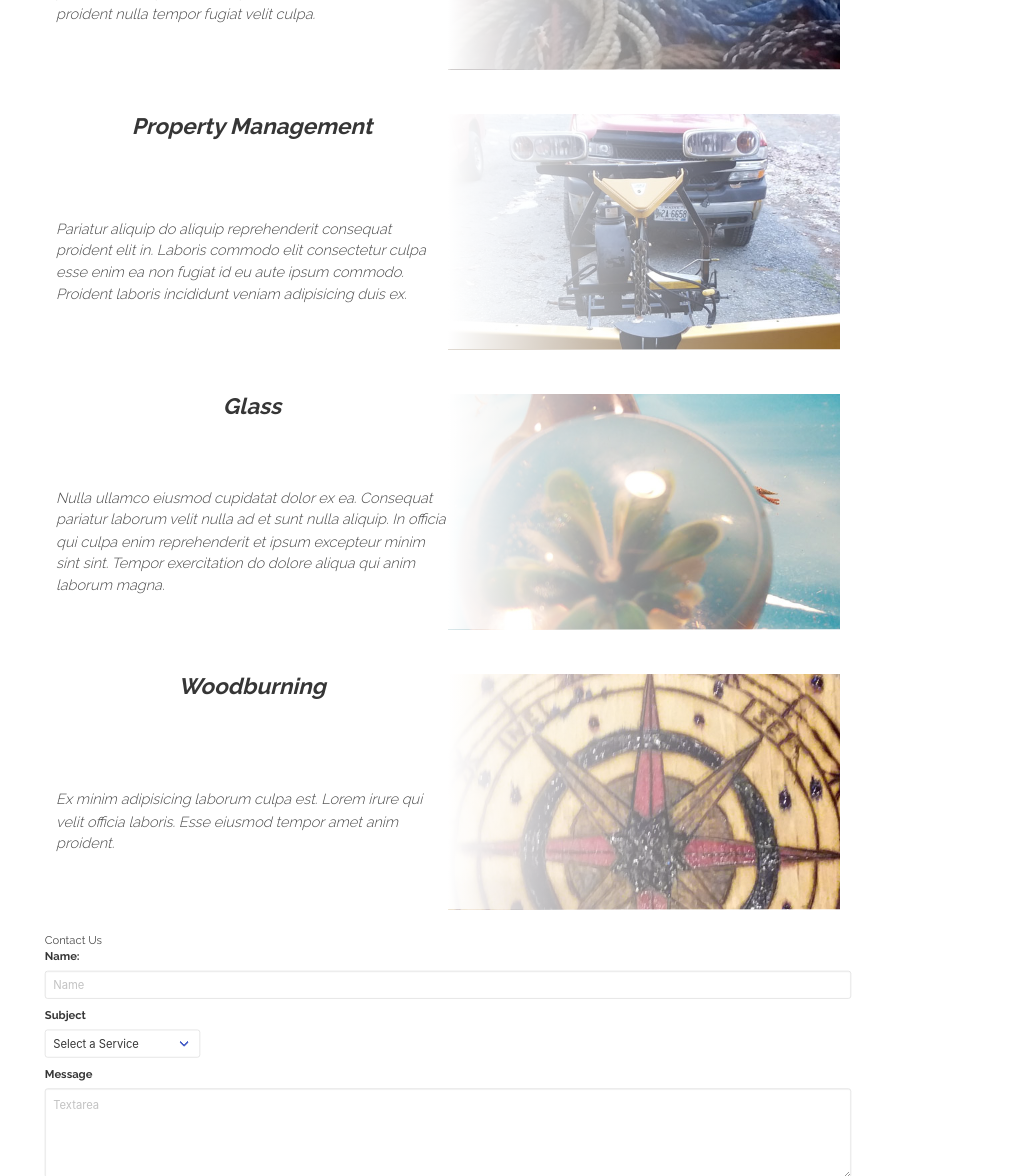
Repository: toddmcbrearty/duckpaddleduo
Page: /
An editor plug-in stored every save of this project. The page is shown before and after the next save, followed by the edit.
The browser window is 1280 px wide. The page is 1456 px wide, so the pictures cover 1456 px, including what lies to the right of the window. The pictures show the part of the page from y = 2087 to 3767 px (the page is 3767 px tall), at 70% of full size.
Some web fonts or font styles are not loaded; a fallback is used. The project was rebuilt for these pictures with package versions that can differ from the ones it lists, and the page was loaded fresh each time.

Above is the page before, as saved 2018-12-12 12:25:11.

### index.html
<!DOCTYPE html>
<html>
  <head>
    <meta charset="utf-8">
    <meta name="viewport" content="width=device-width,initial-scale=1.0">
    <title>duckpaddleduo</title>
  </head>
  <body>
    <div id="app"></div>
    <!-- built files will be auto injected -->
  </body>
</html>

### src/App.vue
<template>
  <div>
    <logo class="has-background-company"/>
    <call-board/>
    <services/>
    <hero-section
      class="container"
      v-for="service in services"
      :section="service.name"
      :key="service.name"
    />
    <contact class="container"/>
  </div>
</template>

<script>
import CallBoard from "./components/CallBoard";
import Logo from "./components/Logo";
import Services from "./components/Services";
import HeroSection from "./components/HeroSection";
import Contact from "./components/Contact";

import store from "./store.js";

export default {
  name: "App",

  components: { CallBoard, Logo, Services, HeroSection, Contact },

  data() {
    return {
      services: store.services
    };
  }
};
</script>

<style lang="scss">
@import "./assets/scss/bootstrap.scss";

.hero-items {
  display: flex;
  flex-direction: column;
}
</style>

### src/router/index.js
import Vue from 'vue';
import Router from 'vue-router';
import Services from '@/components/Services';

Vue.use(Router);

export default new Router({
  routes: [
    {
      path: '/',
      name: 'Services',
      component: Services,
    },
  ],
});

### src/assets/scss/bootstrap.scss
@import './variables';
@import 'bulma/bulma.sass';
@import url('https://fonts.googleapis.com/css?family=Condiment|Delius+Unicase:400,700|Raleway:200,300,400,700|Source+Sans+Pro:300,400,700');

@mixin font-condiment {
  font-family: 'Condiment', cursive;
}

@mixin font-delius {
  font-family: 'Delius Unicase', cursive;
}

@mixin font-source-sans {
  font-family: 'Source Sans Pro', sans-serif;
}

@mixin raleway {
  font-family: 'raleway', sans-serif;
}

.raleway {
  @include raleway;
}

.font-condiment {
  @include font-condiment;
}

.font-delius {
  @include font-delius;
}

.font-source-sans {
  @include font-source-sans;
}

body {
  @include raleway;
  font-size: 300;
}

### src/assets/scss/_variables.scss
@import 'bulma/sass/utilities/initial-variables.sass';
@import 'bulma/sass/utilities/functions.sass';
@import 'bulma/sass/utilities/derived-variables.sass';

$company: #a3c1ad;
$company-1: #a0d6b4;
$company-2: #5f9ea0;
$company-3: #317873;
$company-4: #49796b;

$company-invert: findColorInvert($company);

$colors: mergeColorMaps(
  (
    'company': (
      $company,
      $company-invert,
    ),
  ),
  $custom-colors
);

### src/components/CallBoard.vue
<template>
  <div class="call-board is-flex" :class="pos">
    <div class="board">
      <div class="content">
        <div class="top has-text-centered">
          <div class="call-title">We offer 3 types of service:</div>
          <div class="g-c-f font-delius">GOOD • CHEAP • FAST</div>
          <div class="call-title">But you can only pick 2</div>
        </div>
        <div class="call-tag">
          <div class="has-text-centered">
            <span class="call">
              Good
              <span class="amper"></span> Cheap
            </span>
            <span class="to">won't be</span>
            <span class="action">Fast</span>
          </div>
          <div class="has-text-centered">
            <span class="call">
              Fast
              <span class="amper"></span> Good
            </span>
            <span class="to">won't be</span>
            <span class="action">Cheap</span>
          </div>
          <div class="has-text-centered">
            <span class="call">
              Cheap
              <span class="amper"></span> Fast
            </span>
            <span class="to">won't be</span>
            <span class="action">Good</span>
          </div>
        </div>
      </div>
    </div>
  </div>
</template>

<script>
export default {
  name: "CallBoard",

  props: {
    position: {
      default: "centered"
    }
  },

  data() {
    return {
      pos: ""
    };
  },

  created() {
    this.pos = this.position;
  }
};
</script>

<style lang="scss" >
@import "../assets/scss/bootstrap.scss";

.call-board {
  justify-content: flex-start;
  padding: 2em;

  &.right {
    justify-content: flex-end !important;
  }
  &.centered {
    justify-content: center !important;
  }
  color: black;

  .board {
    box-shadow: 0 0 2px rgb(160, 160, 160);
    border-radius: 8px;
    width: 16em;
    background: red;
    border-radius: 8px;
    padding: 0.3em;
    text-transform: uppercase;
    font-size: 3em;
    border: 3px white;

    .call-title {
      @include font-delius;
      font-size: 1.6rem;
      padding: 0.3rem 0;
    }

    .call-tag {
      padding: 1.2rem 0;
      border-top: 1rem solid red;
    }

    .content {
      background: white;
    }

    .g-c-f {
      font-weight: 700;
      background: red;
      color: white;
    }

    .call,
    .action {
      @include font-delius;
      font-weight: 700;
    }

    .to {
      font-size: 0.6em;
    }

    .amper {
      &::after {
        content: "&";
        color: red;
      }
    }
  }
}
</style>

### src/components/Logo.vue
<template>
  <div class="logo is-flex" :class="pos">
    <span class="title-container is-flex">
      <figure class="logo-image">
        <img src="../assets/images/duck-head.svg" class="logo-image">
      </figure>
      <span class="logo-title">Duck Paddle Duo</span>
    </span>
  </div>
</template>

<script>
export default {
  name: "Logo",

  props: {
    position: {
      default: "centered"
    }
  },

  data() {
    return {
      pos: ""
    };
  },

  created() {
    this.pos = this.position;
  }
};
</script>

<style lang="scss" scoped>
@import "../assets/scss/bootstrap.scss";

.logo {
  justify-content: flex-start;
  padding: 1em;

  &.right {
    justify-content: flex-end !important;
  }
  &.centered {
    justify-content: center !important;
  }
  .title-container {
    flex: 0 0 600px;
    $img-size: 5em;
    $gap: 0.5em;
    align-content: center;

    .logo-image {
      margin-right: $gap;
    }

    .logo-title {
      align-content: center;

      @include font-delius;
      font-size: 3rem;
      letter-spacing: normal;
      margin-bottom: 0;
      padding-bottom: 0;
    }

    figure {
      width: $img-size;
      height: $img-size;
    }
  }
}
</style>

### src/components/Services.vue
<template>
  <div class="is-flex service-container has-background-company">
    <div class="title has-text-centered">Services</div>
    <div class="columns services">
      <a
        :href="`#detail-section-${service.name}`"
        class="is-2 service"
        v-for="service in services"
        :key="service.name"
      >
        <figure class="image is-square">
          <figcaption v-text="service.name"></figcaption>
          <img class :src="`../../static/images/services/${service.image}`">
        </figure>
      </a>
    </div>
  </div>
</template>

<script>
import store from "../store.js";

export default {
  name: "Services",

  data() {
    return {
      services: store.services
    };
  },

  computed: {
    getLink() {
      if (this.service.name !== "undefined") {
        location.href = this.service.name;
      }
    }
  }
};
</script>

<style lang="scss">
@import "../assets/scss/bootstrap.scss";
.service-container {
  $image-size: 15em;

  flex-direction: column;
  padding: 2em 1em;

  .title {
    text-transform: capitalize;
  }

  .services {
    justify-content: center;

    .service {
      padding: 1em;

      .image {
        box-shadow: 1px 1px 1px $company-invert;
        width: $image-size;
        height: $image-size;

        figcaption {
          text-align: center;
          text-transform: capitalize;
          padding: 0.3em 0;
          font-weight: 700;
          color: $dark;
        }
      }
    }
  }
}
</style>

### src/components/HeroSection.vue
<template>
  <div
    :id="`detail-section-${service.name}`"
    class="hero-section is-flex"
    :class="{'reversed': reversed}"
  >
    <div class="text">
      <a :name="`detail-section-${section}`"></a>
      <h2 class="title has-text-centered" v-text="service.name"></h2>
      <div class="description" v-html="service.description"></div>
    </div>
    <div class="image-container">
      <div class="image-overlay" :class="{'reversed': reversed}"></div>
      <figure class="image">
        <img :src="getImage">
      </figure>
    </div>
  </div>
</template>

<script>
import store from "../store.js";

export default {
  name: "HeroSection",

  props: {
    section: {
      default: ""
    },
    reversed: {
      type: Boolean,
      default: false
    }
  },

  data() {
    return {
      services: store.services,
      service: {}
    };
  },

  created() {
    this.service = this.services
      .filter(service => service.name === this.section)
      .shift();
  },

  computed: {
    getImage() {
      return `../../static/images/services/${this.service.image}`;
    }
  }
};
</script>

<style lang="scss" scoped>
$height: 400px;

.hero-section {
  justify-self: center;

  height: $height;
  padding: 2em 1em;

  .text {
    background: white;
    flex: 0 0 50%;
    font-size: 1.3rem;
    font-weight: 300;
    font-style: italic;
    align-content: center;

    .title {
      text-transform: capitalize;
      font-weight: 700;
    }

    .description {
      display: table-cell;
      vertical-align: middle;
      height: 300px;
      width: 100%;
    }
  }

  .image-container {
    position: relative;

    .image-overlay {
      position: absolute;
      left: 0;
      top: 0;
      width: 100%;
      height: 100%;
      background-image: linear-gradient(to left, transparent, white);
      z-index: 2;

      &.reversed {
        background-image: linear-gradient(to right, transparent, white);
      }
    }

    .image {
      z-index: 1;
      flex: 0 0 50%;
      width: 100%;
      height: 100%;
      overflow: hidden;

      $angle: -10deg;

      img {
        width: 100%;
        height: auto;
      }
    }
  }
}
.reversed {
  flex-direction: row-reverse;
}
</style>

### src/components/Contact.vue
<template>
  <div id="contact-form">
    <div class="is-company">Contact Us</div>
    <form action>
      <div class="field">
        <label for class="label">Name:</label>
        <div class="class">
          <input type="text" class="input" placeholder="Name">
        </div>
      </div>

      <div class="field">
        <label class="label">Subject</label>
        <div class="control">
          <div class="select">
            <select>
              <option value>Select a Service</option>
              <option v-for="service in services" v-text="service.name" :key="service.name"></option>
            </select>
          </div>
        </div>
      </div>

      <div class="field">
        <label class="label">Message</label>
        <div class="control">
          <textarea class="textarea" placeholder="Textarea"></textarea>
        </div>
      </div>
    </form>
  </div>
</template>

<script>
import store from "../store.js";

export default {
  name: "Contact",

  data() {
    return {
      ...store
    };
  }
};
</script>

<style scoped>
</style>

### src/store.js
const store = {
  company: {
    logo: 'duck-head.svg',
    tag: 'We can do anything!',
    name: 'Duck Puddle Duo',
    abbr: 'DPD',
    address: '52 Duck Puddle RD',
    city: 'Nobleboro',
    state: 'ME',
    postalcode: '04555',
    phoneNumbers: ['207 624 1147', '207 624 1847'],
    email: {
      primary: 'duckpuddleduo@gmail.com',
    },
  },
  services: [
    {
      name: 'construction',
      image: 'construction.jpg',
      description:
        'Aliqua excepteur magna nisi laboris minim amet qui labore ea anim sint cillum minim irure. Ut eiusmod velit laborum duis. Nisi quis ad est deserunt amet qui nulla magna sunt labore. Sit anim aliqua commodo eu officia magna veniam ut velit aliquip mollit do irure. Ullamco fugiat ad enim aliqua nulla proident magna tempor elit. Ut ad mollit ipsum reprehenderit esse exercitation do nisi exercitation consectetur qui. Officia Lorem ipsum consequat do qui est consequat aliqua.',
      breakdown: [
        'Custom Carpentry',
        'Masonry',
        'Roofing',
        'Decks',
        'Remodeling',
        'Plumbing',
        'Honey-do list',
      ],
    },
    {
      name: 'mechanical',
      image: 'mechanical.jpg',
      description:
        'Nulla ea aliqua ea id dolor dolor Lorem. Consectetur ullamco aliqua excepteur in pariatur id pariatur eu. Sunt elit id minim ad incididunt consectetur excepteur aute minim Lorem proident. Voluptate eu ex aliquip eiusmod dolor laborum amet laborum enim anim aliqua nulla magna.',
      breakdown: [
        'Service and repair of snowblowers',
        'generators',
        'log splitters',
        'weed wackers',
        'lawnmowers',
        'tractors',
        'heavy equipment and more. We also offer fabrication welding',
      ],
    },
    {
      name: 'rope/sewing',
      image: 'rope.jpg',
      description:
        'Dolor qui officia culpa magna consequat veniam duis culpa labore magna aliqua do tempor non. Esse commodo pariatur sunt reprehenderit ipsum non. Irure non mollit proident nulla tempor fugiat velit culpa.',
      breakdown: ['Custom Fyke nets', 'lobster rope doormats'],
    },
    {
      name: 'property management',
      image: 'property-management.jpg',
      description:
        'Pariatur aliquip do aliquip reprehenderit consequat proident elit in. Laboris commodo elit consectetur culpa esse enim ea non fugiat id eu aute ipsum commodo. Proident laboris incididunt veniam adipisicing duis ex.',
    },
    {
      name: 'glass',
      image: 'glass.jpg',
      description:
        'Nulla ullamco eiusmod cupidatat dolor ex ea. Consequat pariatur laborum velit nulla ad et sunt nulla aliquip. In officia qui culpa enim reprehenderit et ipsum excepteur minim sint sint. Tempor exercitation do dolore aliqua qui anim laborum magna.',
      breakdown: [
        'Lampwork-handmade beads',
        'pendants',
        'wine stoppers',
        'ornaments',
        'cremation pendants',
        'window hangers and more. If you can dream it',
        'we can make it… Stained Glass- custom designs made to order',
      ],
    },
    {
      name: 'woodburning',
      image: 'wood-burning.jpg',
      description:
        'Ex minim adipisicing laborum culpa est. Lorem irure qui velit officia laboris. Esse eiusmod tempor amet anim proident.',
      breakdown: ['Custom signs made to order in any shape or size.'],
    },
  ],

  employees: {
    owners: ['Lawrence Friend Jr.', 'Emerald Friend'],
  },
};

export default store;

Loaded but not shown: src/main.js (common file)

After the next save:
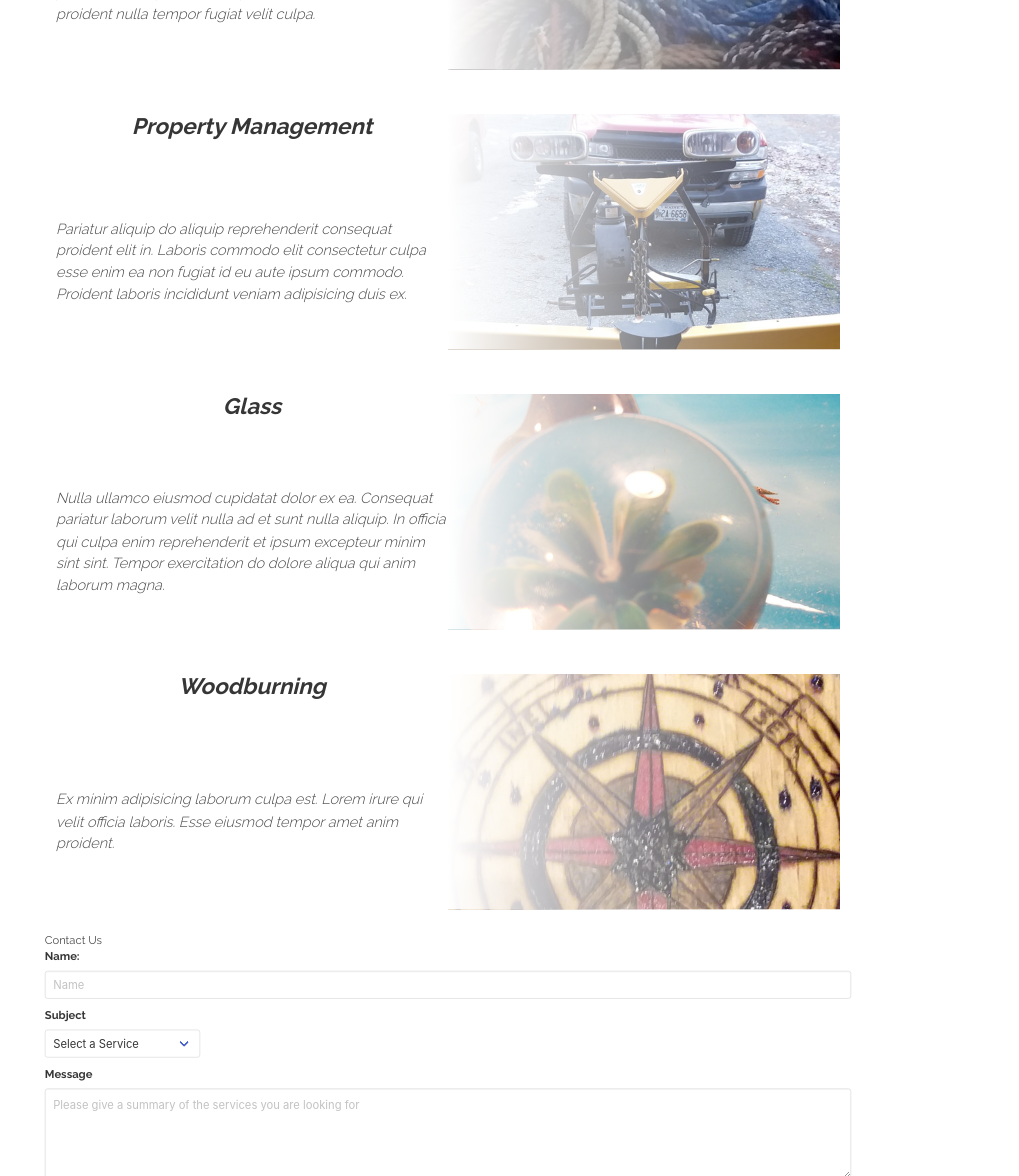
Saved 26 s later.
--- a/src/components/Contact.vue
+++ b/src/components/Contact.vue
@@ -24,7 +24,10 @@
       <div class="field">
         <label class="label">Message</label>
         <div class="control">
-          <textarea class="textarea" placeholder="Textarea"></textarea>
+          <textarea
+            class="textarea"
+            placeholder="Please give a summary of the services you are looking for"
+          ></textarea>
         </div>
       </div>
     </form>
